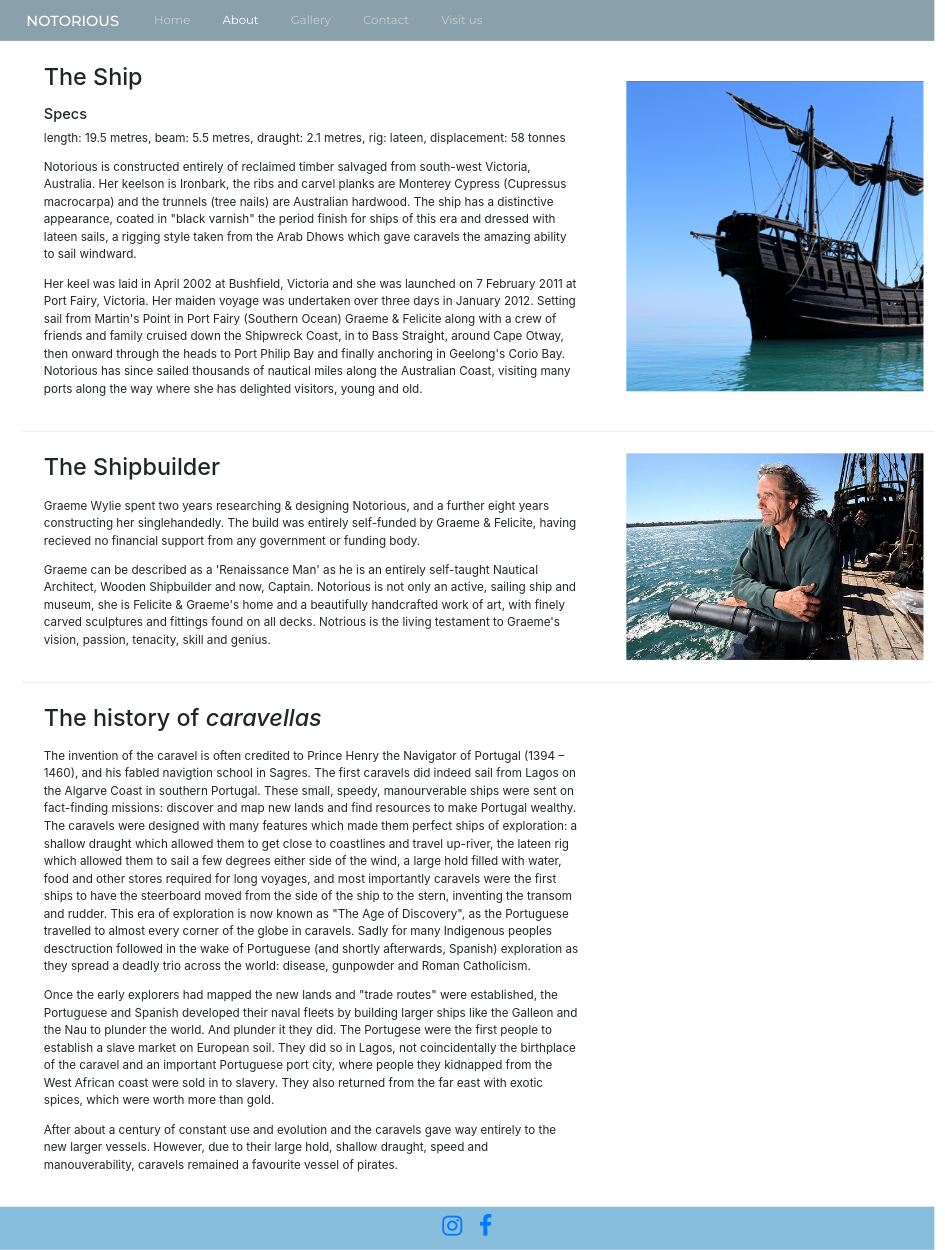
Repository: TSRose/NotorioustheShip
Page: about.html
The author's editor kept a record of every edit. The page is drawn from the files as they stood at one moment, then again after the next edit.
The browser window is 1280 px wide. The page is 1295 px wide, so the pictures cover 1295 px, including what lies to the right of the window. The pictures show the whole page, at 73% of full size.

Above is the page before.

After the next edit:
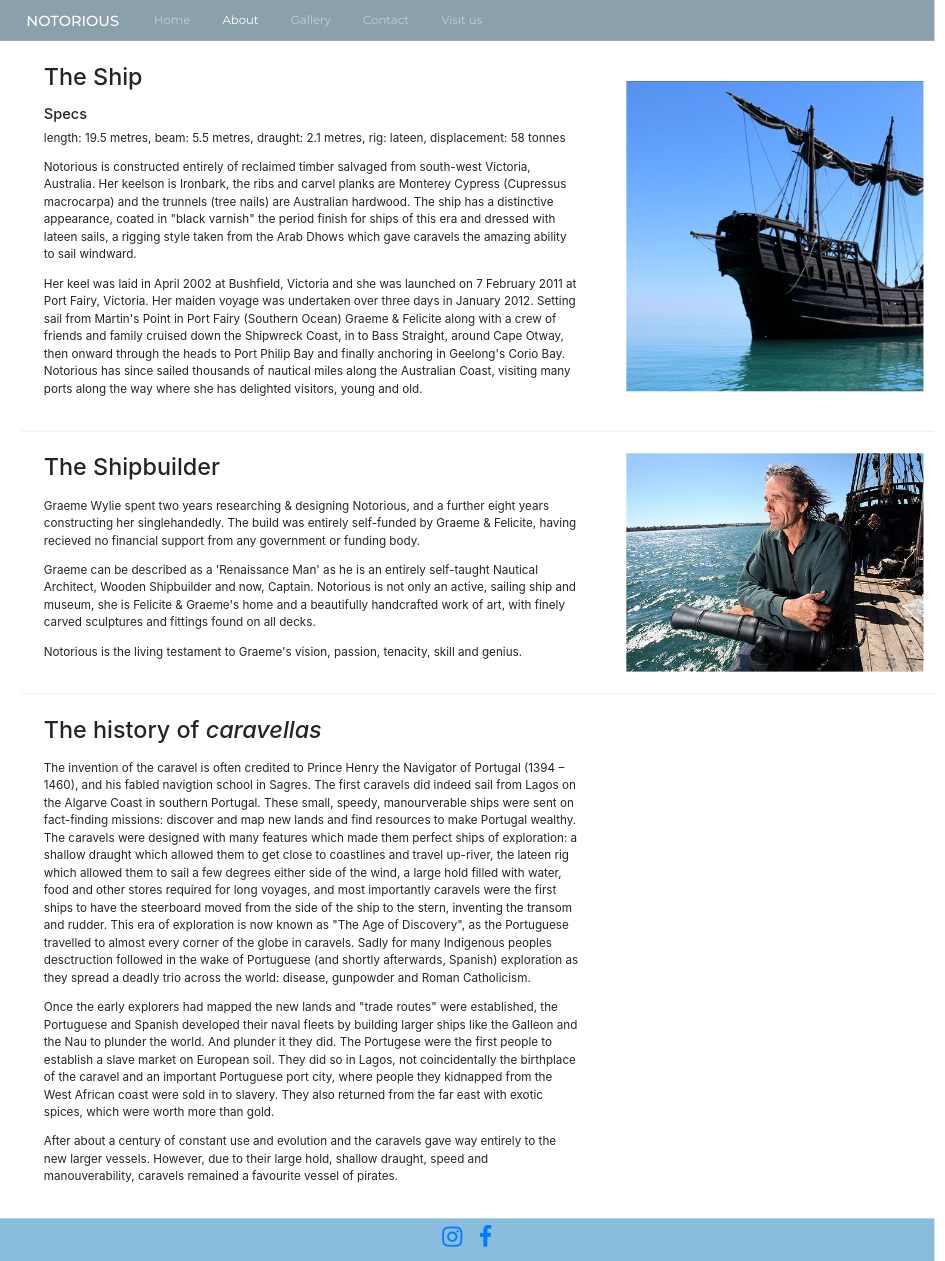
The edit:
--- a/about.html
+++ b/about.html
@@ -64,8 +64,9 @@
 
                         <p>Graeme can be described as a 'Renaissance Man' as he is an entirely self-taught Nautical Architect, Wooden Shipbuilder and now, Captain.
                         Notorious is not only an active, sailing ship and museum, she is Felicite & Graeme's home and a beautifully handcrafted work of art,
-                        with finely carved sculptures and fittings
-                        found on all decks. Notrious is the living testament to Graeme's vision, passion, tenacity, skill and genius.</p>
+                        with finely carved sculptures and fittings found on all decks.
+
+                        <p>Notorious is the living testament to Graeme's vision, passion, tenacity, skill and genius.</p>
                     </div>
                 </div>
                 <div class="col-4 thebuilderimage image-fluid">
